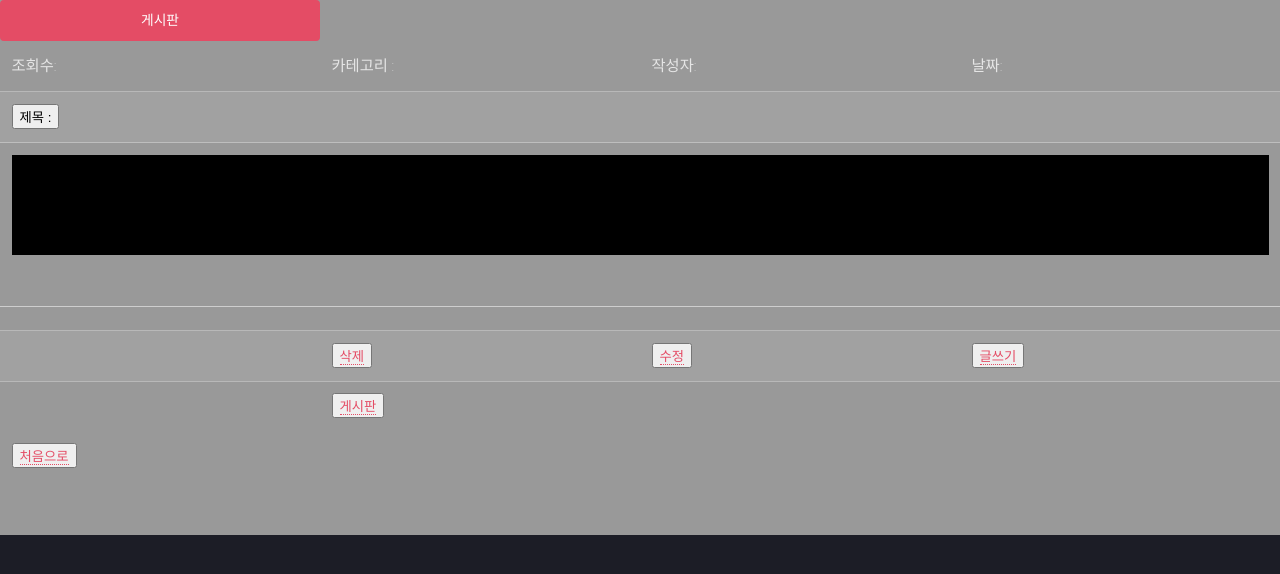
Repository: worMholEamkim/SpringEX
Page: http://localhost/bbs/bbsview.do
The author's editor kept a copy of each file at every save. The page is drawn from the files as they stood at one save, then again after the next save.
The browser window is 1280 px wide. The pictures show the whole page.
The page is served by Tomcat 9. Queries for data that is not in the repository find no rows.

Above is the page before, as saved 2019-03-15 07:03:50.

After the next save:
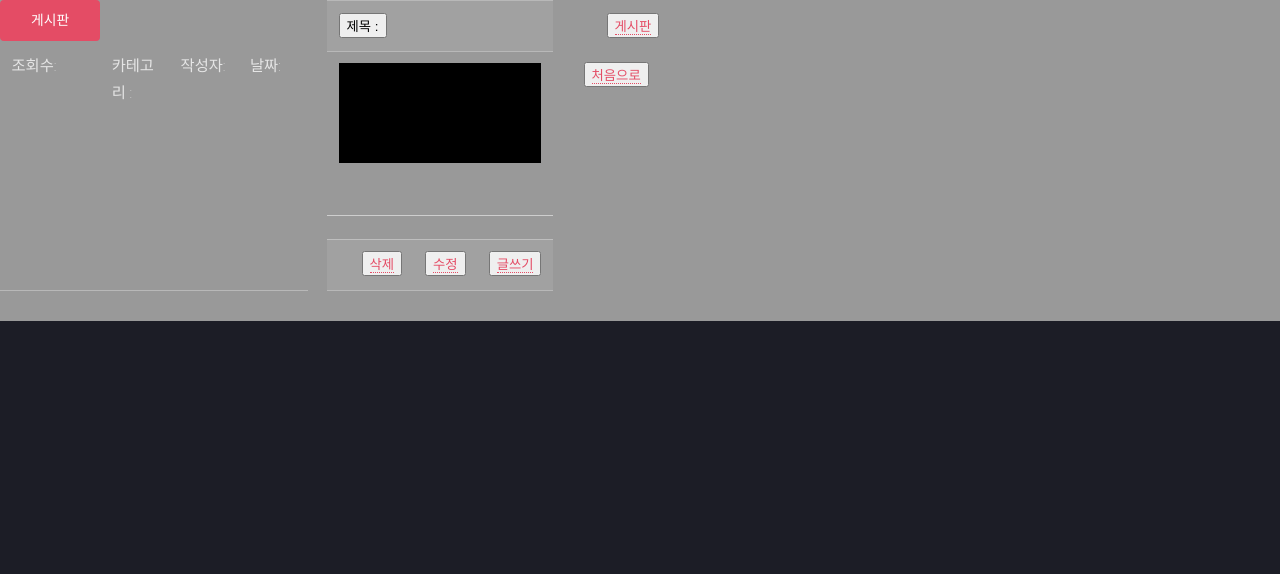
Saved 2 min 13 s later.
--- a/JSP_WepPage_Server-master.zip_expanded/JSP_WepPage_Server-master/bbs/WebContent/WEB-INF/bbsview.jsp
+++ b/JSP_WepPage_Server-master.zip_expanded/JSP_WepPage_Server-master/bbs/WebContent/WEB-INF/bbsview.jsp
@@ -21,7 +21,7 @@
 	<div class="table-wrapper">
 
 		<div class="w3-panel">
-			<table class="table table-hover" border=0px>
+			<table class="row gtr-uniform gtr-50">
 				<thead>
 					<tr>
 						<th class="button primary fit">게시판</th>
